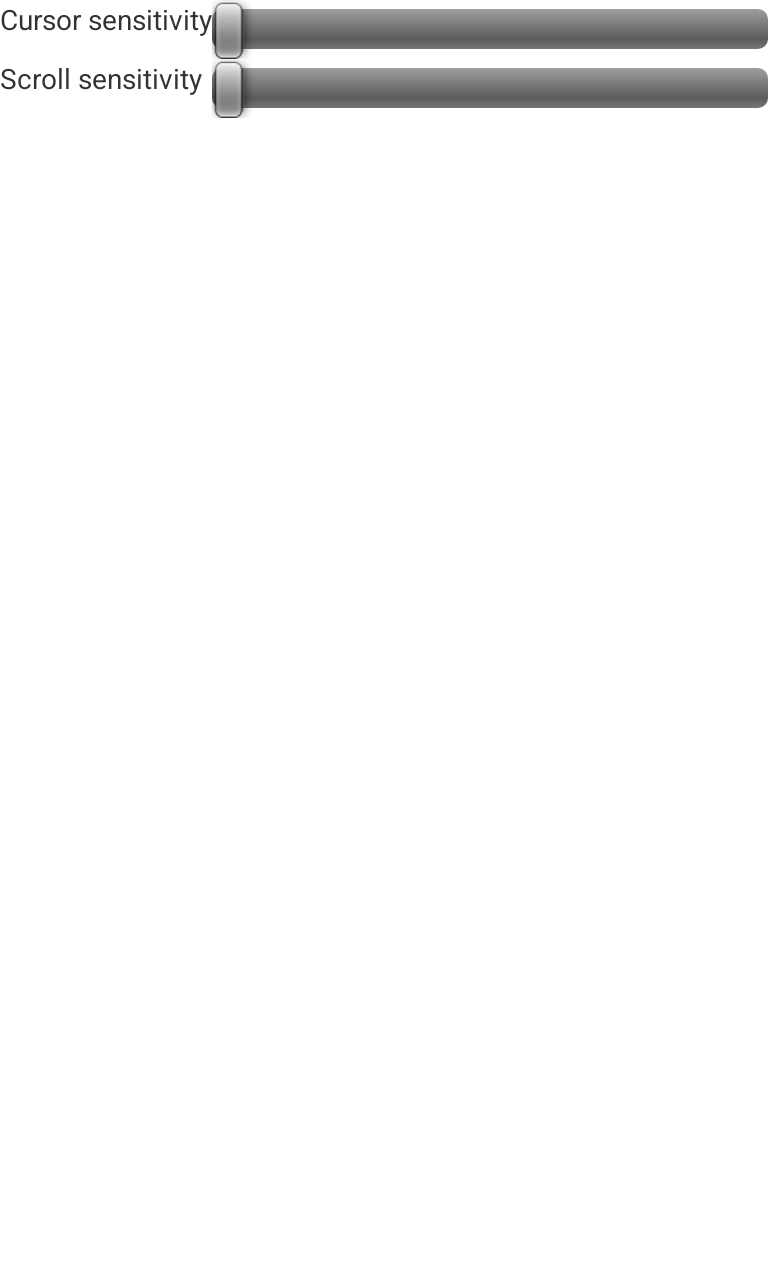
Repository: kamiljano/PCRemote
Layout: workspace/PCRemote/res/layout/preferences_activity.xml
An editor plug-in stored every save of this project. The layout is shown before and after the next save, followed by the edit.
It is drawn on a 768 x 1280 px phone screen (xhdpi) without system bars, with theme AppTheme; the app's code is not run.

Above is the layout before, as saved 2012-09-22 06:58:19.

### workspace/PCRemote/res/layout/preferences_activity.xml
<?xml version="1.0" encoding="utf-8"?>
<ScrollView xmlns:android="http://schemas.android.com/apk/res/android"
    android:layout_width="match_parent"
    android:layout_height="match_parent">

    <TableLayout
        android:layout_width="match_parent"
        android:layout_height="wrap_content"
        android:stretchColumns="1">

        <TableRow
            android:layout_width="match_parent"
            android:layout_height="wrap_content" >

            <TextView
                android:layout_width="wrap_content"
                android:layout_height="wrap_content"
                android:text="@string/cursorSens" />

            <SeekBar
                android:id="@+id/cursorSens"
                android:layout_width="match_parent"
                android:layout_height="wrap_content" />

        </TableRow>

        <TableRow
            android:layout_width="match_parent"
            android:layout_height="wrap_content" >

            <TextView
                android:layout_width="wrap_content"
                android:layout_height="wrap_content"
                android:text="@string/scrollSens" />

            <SeekBar
                android:id="@+id/scrollSens"
                android:layout_width="match_parent"
                android:layout_height="wrap_content" />

        </TableRow>

    </TableLayout>

</ScrollView>

### workspace/PCRemote/res/values/strings.xml
<resources>

    <string name="app_name">PCRemote</string>
    <string name="hello_world">Hello world!</string>
    <string name="menu_settings">Settings</string>
    <string name="title_activity_main">MainActivity</string>
    <string name="remote">Remote</string>
    <string name="servers">Servers</string>
    <string name="preferences">Preferences</string>
    <string name="help">Help</string>
    <string name="addServer">Add Server</string>
    <string name="name">Name</string>
    <string name="address">Address</string>
    <string name="port">Port</string>
    <string name="add">Add</string>
    <string name="serverNameHint">The name that will be visible in your list of servers</string>
    <string name="serverAddressHint">The IP or DNS address of a PC you want to control</string>
    <string name="serverPortHint">The port used by the server installed on your PC</string>
    <string name="remove">Remove</string>
    <string name="info">Info</string>
    <string name="serverInfo">Server info</string>
	<string name="noServerSelected">No server has been selected yet</string>
    <string name="connecting">Connecting. Please wait...</string>
    <string name="connectionFail">Unable to connect to server</string>
    <string name="connected">Connected</string>
    <string name="mouseInfo">Slide to control cursor</string>
    <string name="connectionLost">Unable to communicate with the server</string>
    <string name="edit">Edit</string>
    <string name="save">Save</string>
    <string name="keyboard">Keyboard</string>
    <string name="mousepad">Mouse pad</string>
    <string name="media">Media</string>
    <string name="prev">Previous</string>
    <string name="next">Next</string>
    <string name="play">Play</string>
    <string name="pause">Pause</string>
    <string name="aboutText">Project created by Kamil Janowski in year 2012 as his Engineering Final Project.
        I know it might not look that perfect, but still, the important thing is that it actually works, right? :D</string>
    <string name="cursorSens">Cursor sensitivity</string>
    <string name="prefsStoreFail">Failed to store preferences</string>
    <string name="scrollSens">Scroll sensitivity</string>
    <string name="rightClickTime">Right click time</string>
</resources>

Loaded but not shown: workspace/PCRemote/res/values/styles.xml (common file)

After the next save:
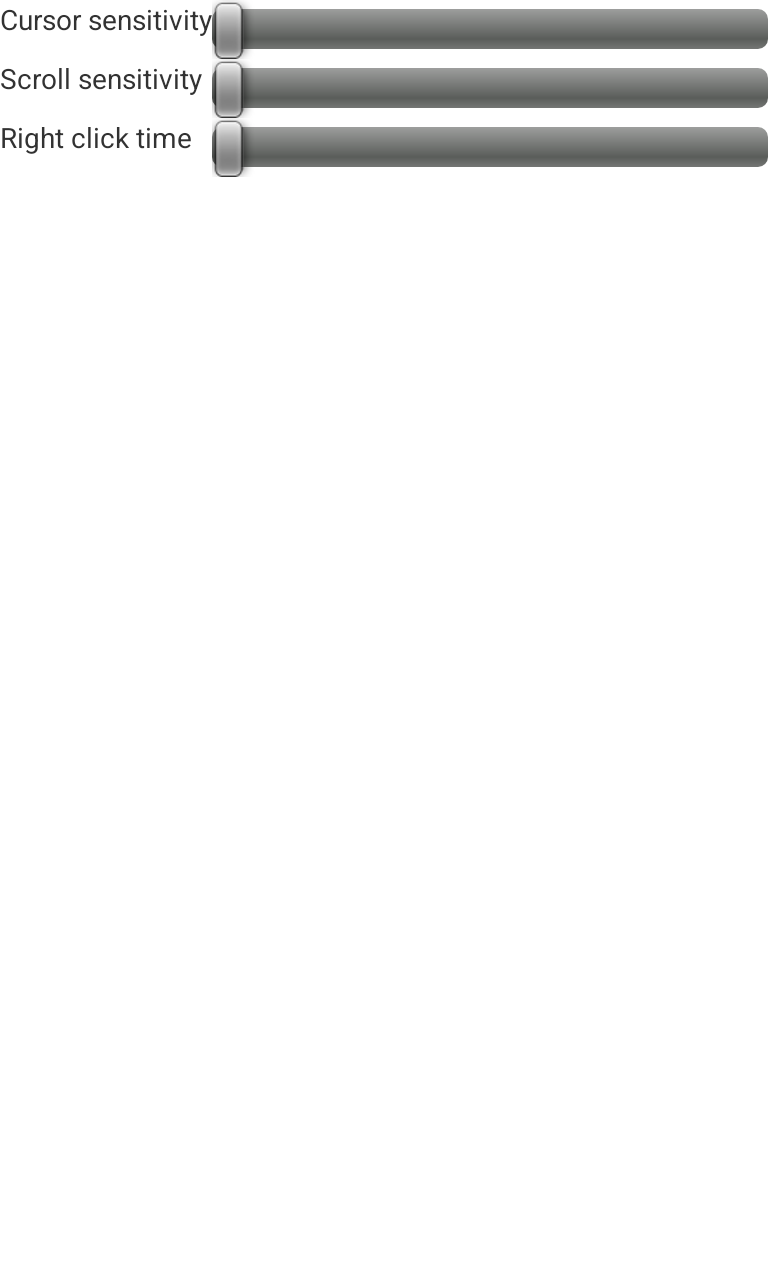
Saved 44 s later.
--- a/workspace/PCRemote/res/layout/preferences_activity.xml
+++ b/workspace/PCRemote/res/layout/preferences_activity.xml
@@ -40,6 +40,22 @@
 
         </TableRow>
 
+        <TableRow
+            android:layout_width="match_parent"
+            android:layout_height="wrap_content" >
+
+            <TextView
+                android:layout_width="wrap_content"
+                android:layout_height="wrap_content"
+                android:text="@string/rightClickTime" />
+
+            <SeekBar
+                android:id="@+id/scrollSens"
+                android:layout_width="match_parent"
+                android:layout_height="wrap_content" />
+
+        </TableRow>
+
     </TableLayout>
 
 </ScrollView>
